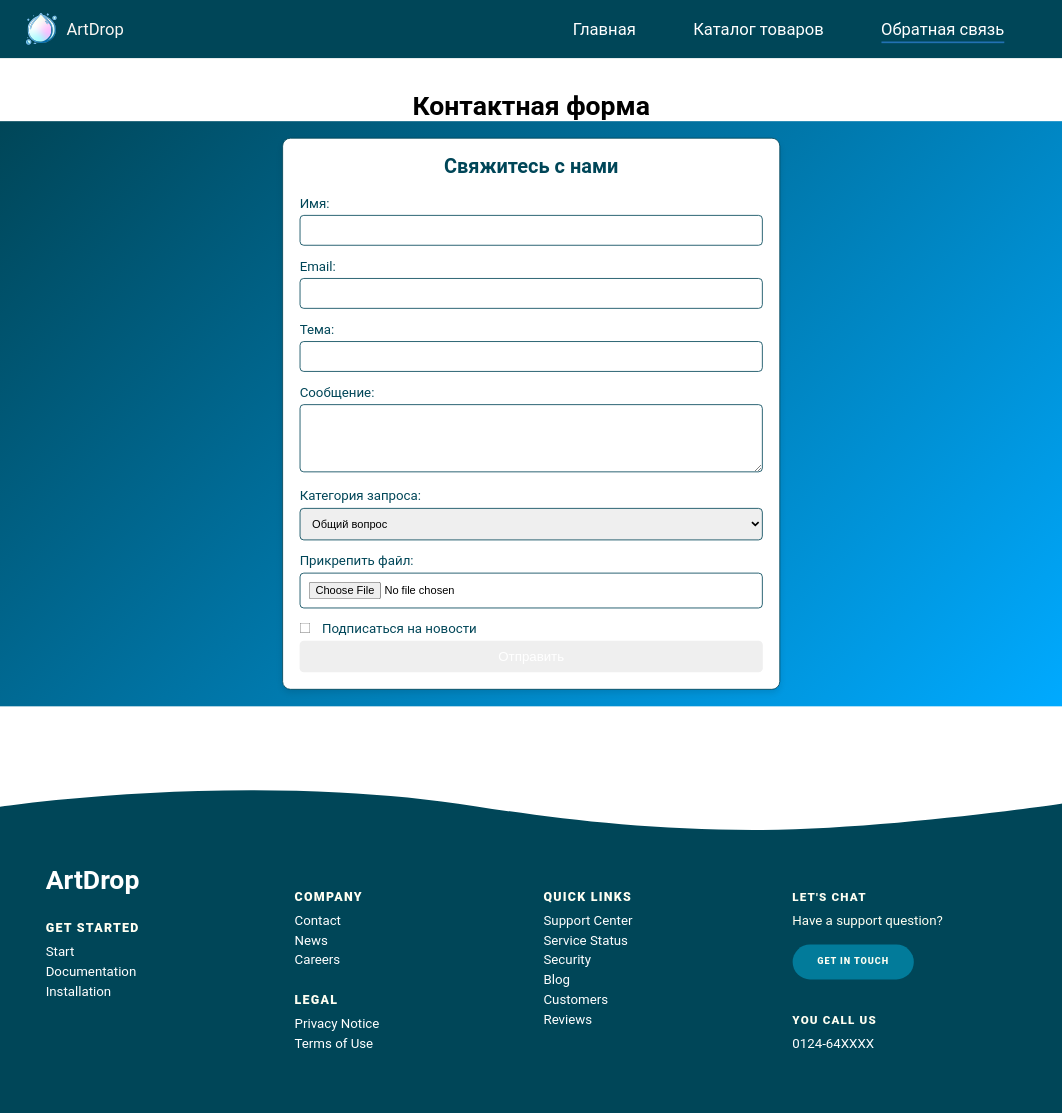
Repository: mnats725/art-drop
Page: contact-us.html
The author's editor kept a copy of each file at every save. The page is drawn from the files as they stood at one save, then again after the next save.
The browser window is 1280 px wide. The pictures show the whole page, at 83% of full size.

Above is the page before, as saved 2024-05-21 13:40:43.
Console error: TypeError: Cannot read properties of null (reading 'querySelectorAll')

After the next save:
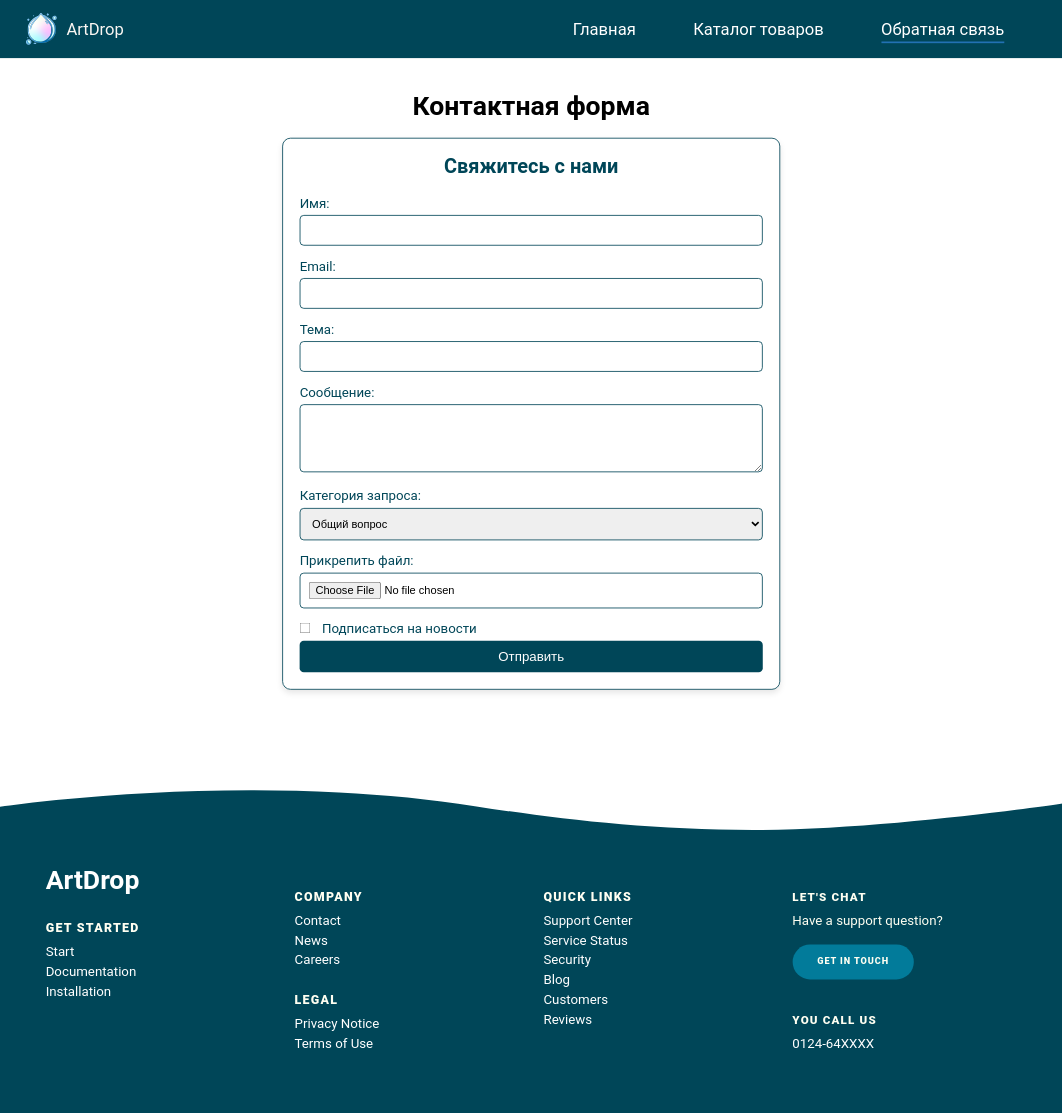
Saved 13 s later.
--- a/css/contact-us.css
+++ b/css/contact-us.css
@@ -1,5 +1,3 @@
-
-
 .contact-us-title {
   text-align: center;
   padding-top: 3%;
@@ -11,8 +9,6 @@
   justify-content: center;
   align-items: center;
   padding: 20px;
-  background: linear-gradient(135deg, #004658, #00aaff); /* Градиентный фон */
-  height: 100vh; /* Высота на весь экран */
 }
 
 .contact-form {
@@ -55,7 +51,7 @@
 }
 
 .contact-form button {
-
+  background-color: #004658;
   color: #ffffff;
   border: none;
   padding: 10px 20px;
